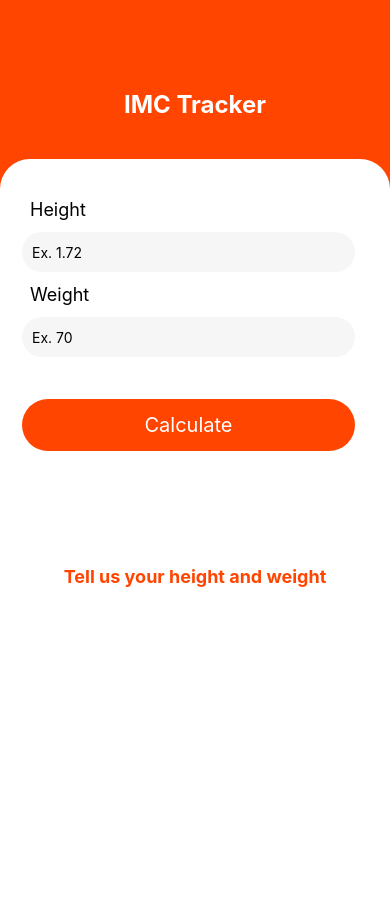
Repository: rubenmatias08/IMCTracker
Screen: /
An editor plug-in stored every save of this project. The screen is shown before and after the next save, followed by the edit.
The app was drawn by React Native's web renderer in a window 390 px wide. The project was rebuilt for these pictures with package versions that can differ from the ones it lists, and the page was loaded fresh each time.

Above is the screen before, as saved 2024-03-11 00:41:34.

After the next save:
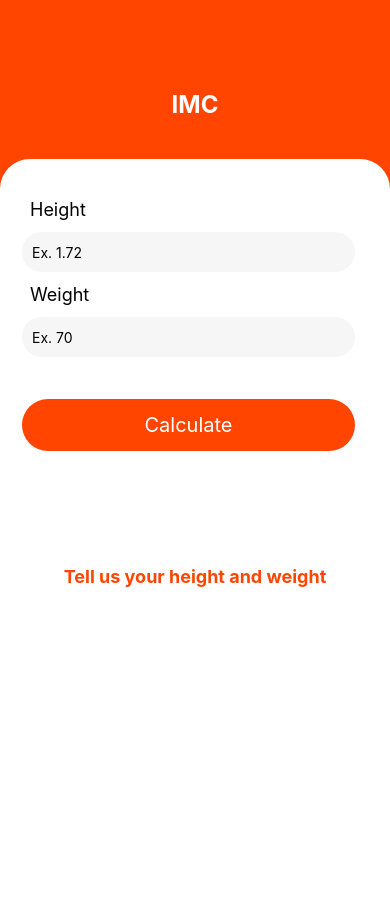
Saved 29 s later.
--- a/src/components/Title/index.js
+++ b/src/components/Title/index.js
@@ -5,7 +5,7 @@ import styles from "./style";
 export default function Title(){
     return(
         <View style={styles.boxTitle}>
-            <Text style={styles.textTitle}>IMC Tracker</Text>
+            <Text style={styles.textTitle}>IMC</Text>
         </View>
     )
 }
